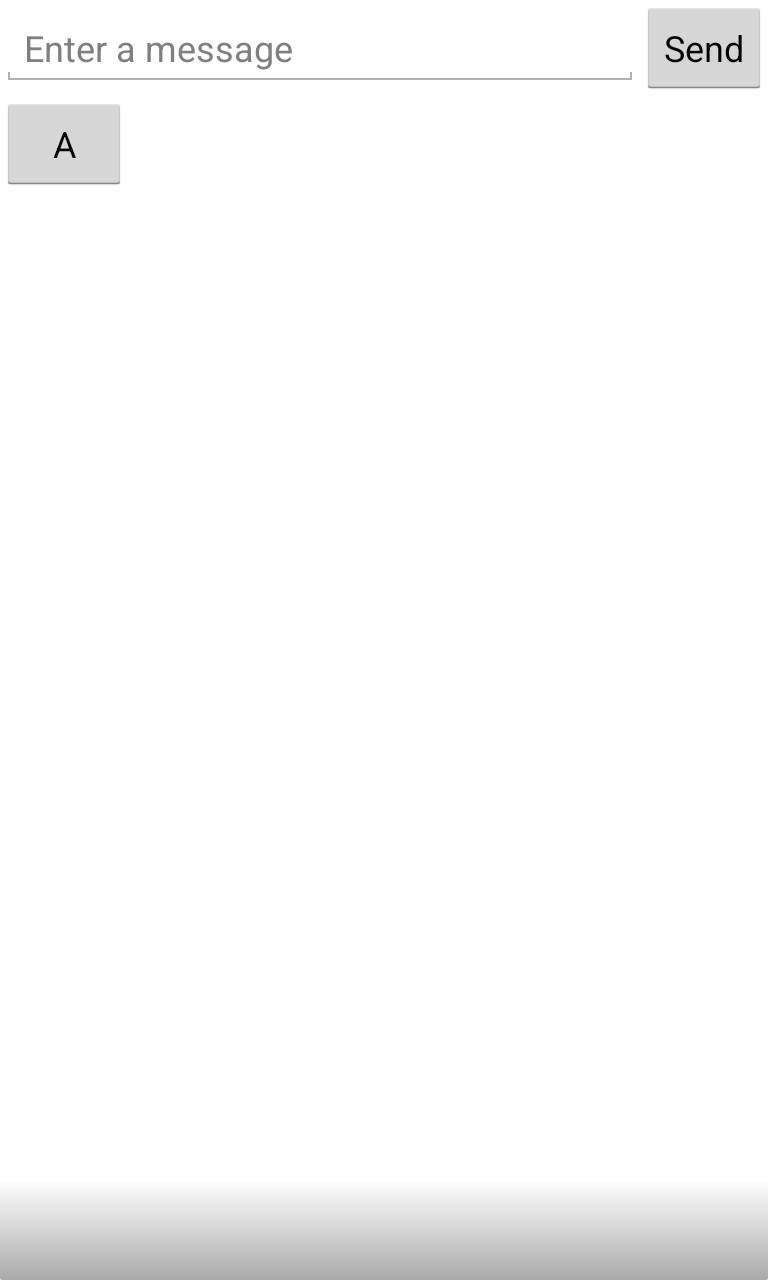
Repository: Jwonsever/AndroidPiano
Layout: HelloWorld/res/layout/activity_main.xml
The author's editor kept a copy of each file at every save. The layout is drawn from the files as they stood at one save, then again after a run of saves.
It is drawn on a 768 x 1280 px phone screen (xhdpi) without system bars, with theme AppTheme; the app's code is not run.

Above is the layout before, as saved 2013-11-08 02:39:44.

After the next 2 saves:
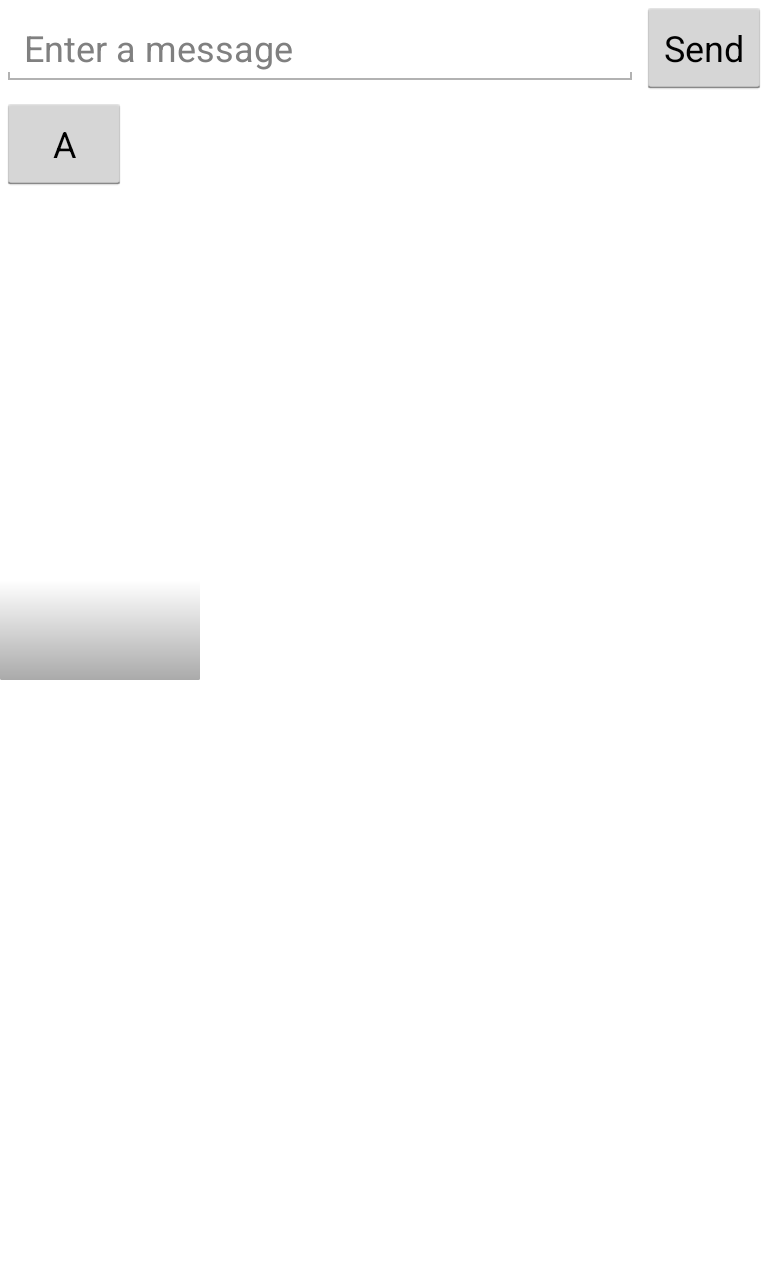
The 2 saves are shown as one change because 1 did not build or start.
The last was saved 5 min 9 s later.
--- a/HelloWorld/res/layout/activity_main.xml
+++ b/HelloWorld/res/layout/activity_main.xml
@@ -34,16 +34,28 @@
         android:layout_below="@+id/button1"
         android:text="@string/a_note" />
 
-    <LinearLayout
-        android:id="@+id/piano_key_c"
-        android:layout_width="100dp"
-        android:layout_height="50dp"
+    <RelativeLayout
+    	android:id="@+id/piano_keys"
+        android:layout_height="350dp"
         android:layout_alignParentBottom="true"
         android:layout_alignParentLeft="true"
         android:layout_alignParentRight="true"
-        android:background="@drawable/piano_key"
         android:orientation="horizontal" >
 
-    </LinearLayout>
+   		 <LinearLayout
+     	   android:id="@+id/piano_key_d"
+     	   android:layout_width="100dp"
+      	   android:layout_height="50dp"
+      	  android:background="@drawable/piano_key"
+      	  android:orientation="horizontal" >
 
+    	</LinearLayout>
+		<LinearLayout
+        	android:id="@+id/piano_key_c"
+       	 	android:layout_width="100dp"
+        	android:layout_height="50dp"
+        	android:background="@drawable/piano_key"
+        	android:orientation="horizontal" >
+    	</LinearLayout>
+    </RelativeLayout>
 </RelativeLayout>
